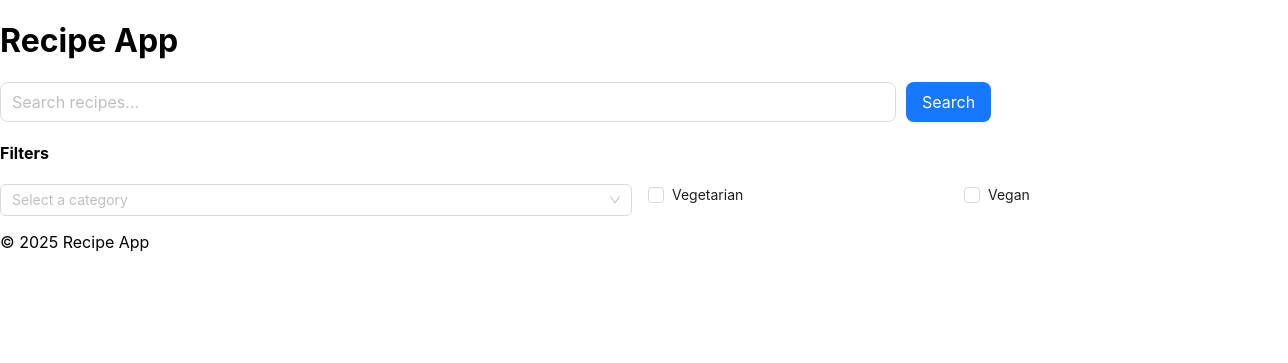
Repository: LearnTek-In-Private-Limited/recipie-era-premier
Page: /
An editor plug-in stored every save of this project. The page is shown before and after the next save, followed by the edit.
The browser window is 1280 px wide. The page is 1288 px wide, then 1280 px, so the pictures cover 1288 px, including what lies to the right of the window. The pictures show the whole page.
The project was rebuilt for these pictures with package versions that can differ from the ones it lists, and the page was loaded fresh each time.

Above is the page before, as saved 2025-01-25 19:46:32.

After the next save:
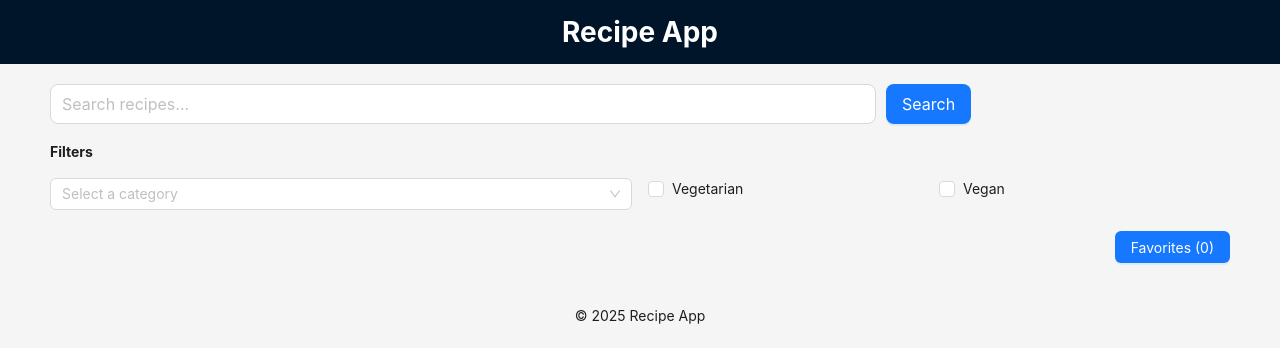
Saved 10 s later.
--- a/src/App.js
+++ b/src/App.js
@@ -3,40 +3,40 @@ import { Provider } from 'react-redux';
 import store from './redux/store';
 import RecipeList from './components/RecipeList';
 import SearchBar from './components/SearchBar';
-import FavoritesList from './components/FavoritesList';
-import FilterOptions from './components/FilterOptions';
+import FilterBar from './components/FilterOptions';
+import FavoritesButton from './components/FavoritesButton';
+import { Layout, Row, Col } from 'antd';
+
+const { Header, Content, Footer } = Layout;
 
 function App() {
   return (
     <Provider store={store}>
-      <div className="container">
-        <header className="bg-primary text-white text-center py-3">
-          <h1>Recipe App</h1>
-        </header>
-        <main className="py-4">
-          <div className="row mb-4">
-            {/* Filters and Search */}
-            <div className="col-12">
+      <Layout>
+        <Header style={{ backgroundColor: '#001529', color: 'white', textAlign: 'center' }}>
+          <h1 style={{ color: 'white', margin: 0 }}>Recipe App</h1>
+        </Header>
+        <Content style={{ padding: '20px 50px' }}>
+          <Row gutter={[16, 16]}>
+            {/* Filters and Search Bar */}
+            <Col span={24}>
               <SearchBar />
-              <FilterOptions />
-            </div>
-          </div>
-          <div className="row">
+              <FilterBar />
+            </Col>
+          </Row>
+
+          <Row gutter={[16, 16]}>
             {/* Recipe List */}
-            <div className="col-md-8">
+            <Col span={24}>
               <RecipeList />
-            </div>
+            </Col>
+          </Row>
 
-            {/* Favorites */}
-            <div className="col-md-4">
-              <FavoritesList />
-            </div>
-          </div>
-        </main>
-        <footer className="text-center py-3">
-          <p>&copy; 2025 Recipe App</p>
-        </footer>
-      </div>
+          {/* Favorites Button */}
+          <FavoritesButton />
+        </Content>
+        <Footer style={{ textAlign: 'center' }}>© 2025 Recipe App</Footer>
+      </Layout>
     </Provider>
   );
 }
